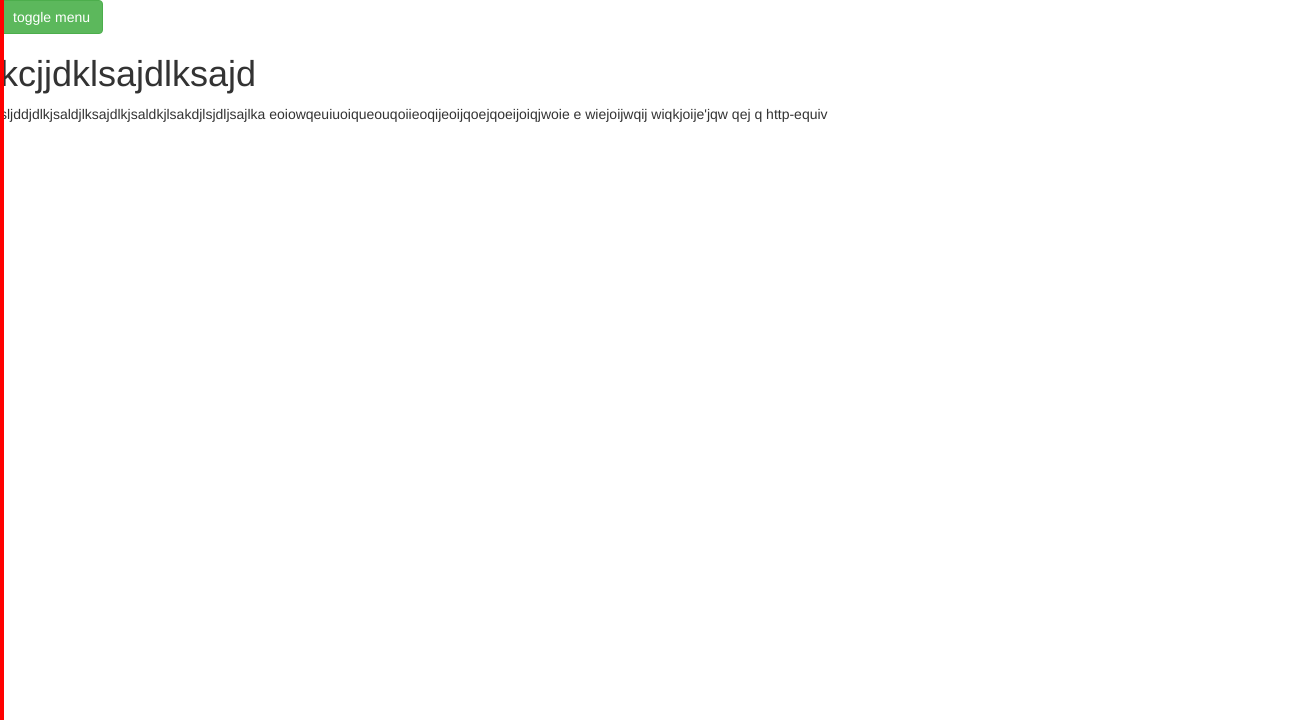
Repository: Juliolikescoding/WEB1010_bootstrap
Page: sidebartemp.html
An editor plug-in stored every save of this project. The page is shown before and after a run of saves, followed by the edit.
The browser window is 1280 px wide. The page is 1295 px wide, so the pictures cover 1295 px, including what lies to the right of the window. The pictures show the whole page.
Some web libraries are served in a nearby version.

Above is the page before, as saved 2018-05-14 19:03:26.

After the next 2 saves:
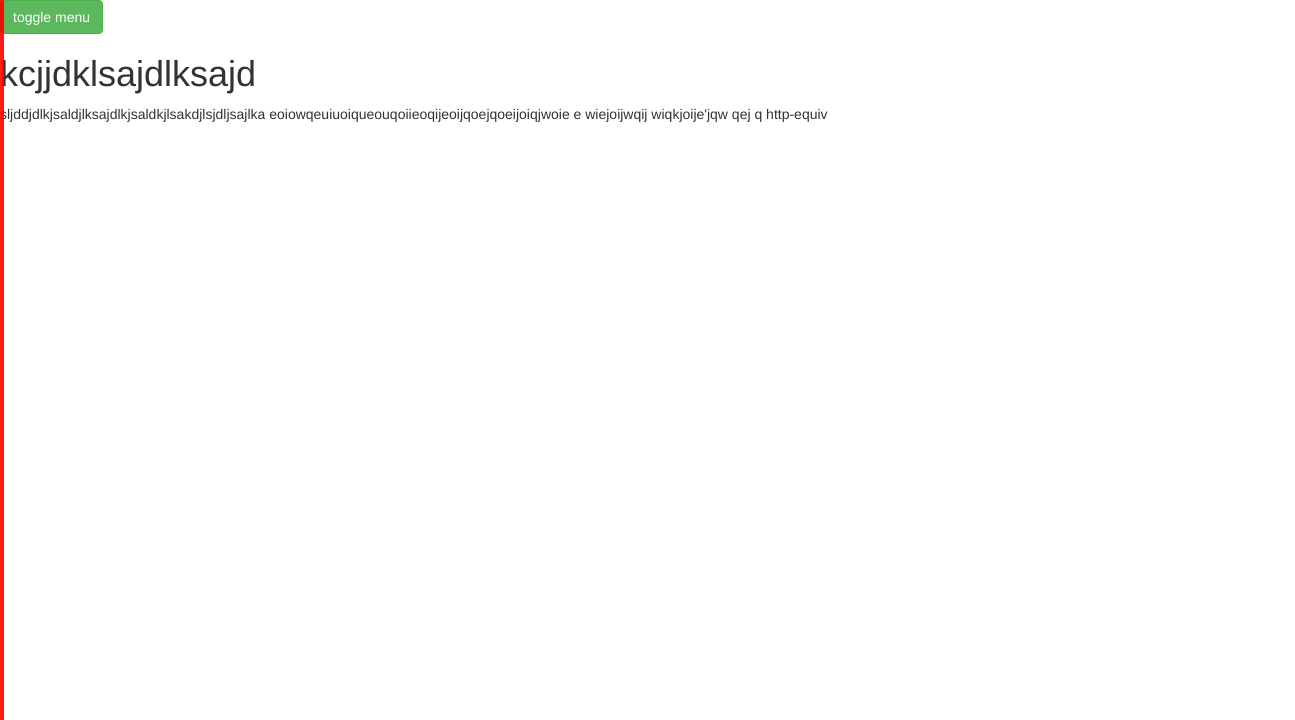
The 2 saves are shown as one change because they came seconds apart.
The last was saved 7 s later.
--- a/sidebar.css
+++ b/sidebar.css
@@ -7,5 +7,5 @@
     overflow-y: hidden;
     background: #2C3E50;
     border: 2px solid red;
-    opacity: ;
+    opacity: 0.9;
 }
